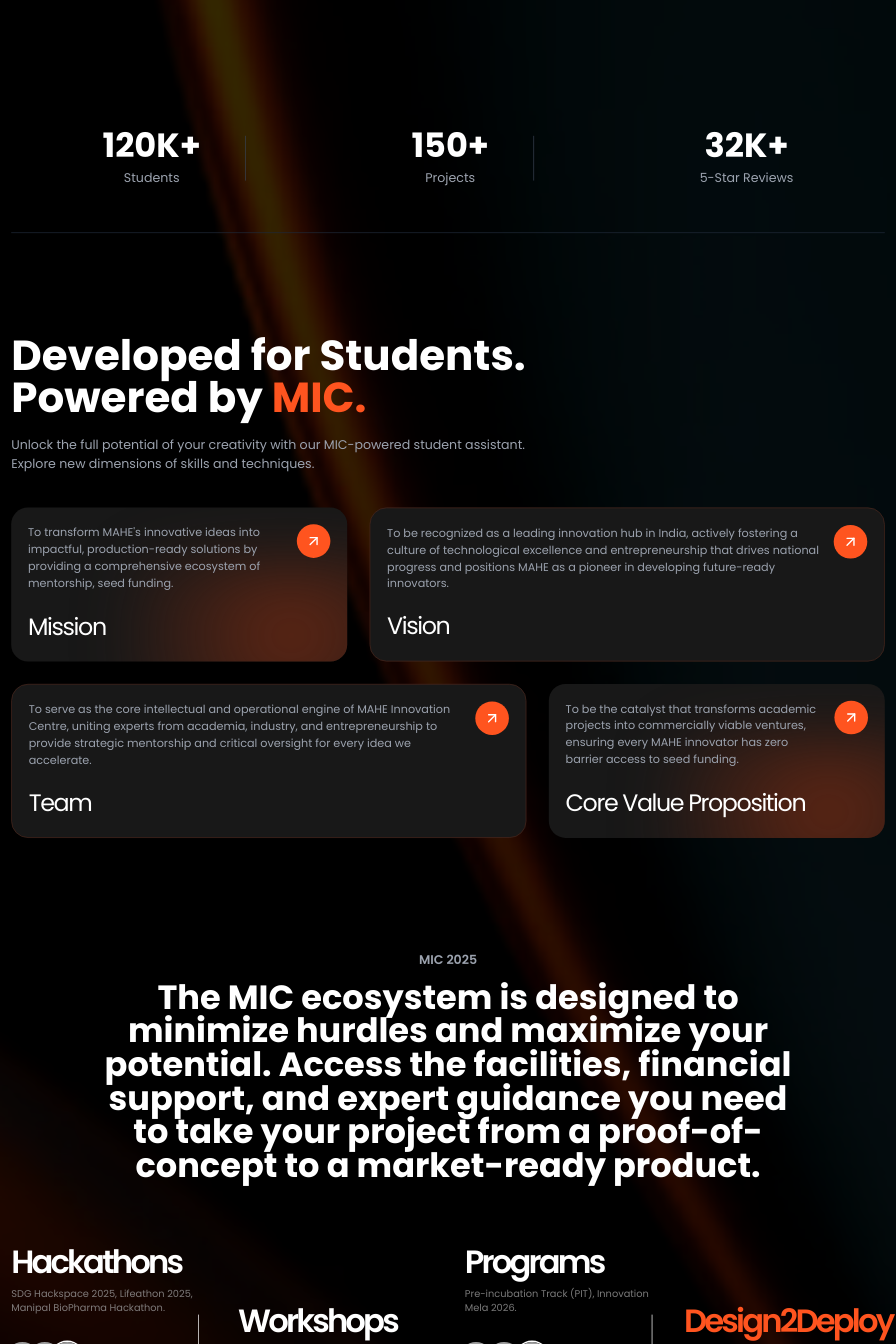
Repository: Sourish-19/Axiom
Page: /
An editor plug-in stored every save of this project. The page is shown before and after a run of saves, followed by the edit.
The browser window is 1280 px wide. The pictures show the part of the page from y = 560 to 2480 px (the page is 5731 px tall), at 70% of full size.
Pictures or frames that could not be fetched are drawn as grey boxes. Some web libraries are served in a nearby version. The project was rebuilt for these pictures with package versions that can differ from the ones it lists, and the page was loaded fresh each time. Also part of the build but not shown: vite.config.ts, components/Modal.tsx, components/ContactForm.tsx, components/EventRegistrationForm.tsx.

Above is the page before, as saved 2025-10-02 16:00:43.

### index.html
<!DOCTYPE html>
<html lang="en" class="scroll-smooth">
  <head>
    <meta charset="UTF-8" />
    <link rel="icon" type="image/svg+xml" href="/vite.svg" />
    <meta name="viewport" content="width=device-width, initial-scale=1.0" />
    <title>Axiom</title>
    <script src="https://cdn.tailwindcss.com"></script>
    <style>
      @import url('https://fonts.googleapis.com/css2?family=Poppins:wght@400;500;600;700;800;900&display=swap');
      body {
        font-family: 'Poppins', sans-serif;
      }
    </style>
  <script type="importmap">
{
  "imports": {
    "react/": "https://aistudiocdn.com/react@^19.1.1/",
    "react": "https://aistudiocdn.com/react@^19.1.1",
    "react-dom/": "https://aistudiocdn.com/react-dom@^19.1.1/"
  }
}
</script>
</head>
  <body>
    <div id="root"></div>
    <script type="module" src="/index.tsx"></script>
  </body>
</html>

### App.tsx

import React, { useState } from 'react';
import Header from './components/Header';
import Hero from './components/Hero';
import Stats from './components/Stats';
import DevelopedForStudents from './components/DevelopedForStudents';
import MICSystem from './components/MICSystem';
import Launchpad from './components/Launchpad';
import FAQ from './components/FAQ';
import CTA from './components/CTA';
import Footer from './components/Footer';
import Modal from './components/Modal';
import ContactForm from './components/ContactForm';
import EventRegistrationForm from './components/EventRegistrationForm';

function App() {
  const [isContactModalOpen, setIsContactModalOpen] = useState(false);
  const [isEventModalOpen, setIsEventModalOpen] = useState(false);

  return (
    <div className="bg-black text-white overflow-hidden relative">
      {/* Background elements */}
      <div className="absolute inset-0 z-0 opacity-20" style={{ backgroundImage: `url(${'/axiom_bg2.jpg'})`, backgroundSize: 'cover' }}></div>
      {/* <img src='/axiom_bg2.png' alt="background glow top" className="absolute -top-1/2 -right-1/4 w-full h-auto z-0 opacity-50 mix-blend-screen" />
      <img src="https://i.imgur.com/9v1M618.png" alt="background wave bottom" className="absolute -bottom-1/3 left-0 w-full h-auto z-0 opacity-40 mix-blend-screen" /> */}


      <div className="relative z-10">
        <Header onContactClick={() => setIsContactModalOpen(true)} />
        <main>
          <Hero onEventClick={() => setIsEventModalOpen(true)} />
          <Stats />
          <DevelopedForStudents />
          <MICSystem onEventClick={() => setIsEventModalOpen(true)} />
          <Launchpad onContactClick={() => setIsContactModalOpen(true)} />
          <FAQ />
          <CTA onContactClick={() => setIsContactModalOpen(true)} />
        </main>
        <Footer onContactClick={() => setIsContactModalOpen(true)}/>
      </div>

      {isContactModalOpen && (
        <Modal isOpen={isContactModalOpen} onClose={() => setIsContactModalOpen(false)}>
          <ContactForm />
        </Modal>
      )}

      {isEventModalOpen && (
        <Modal isOpen={isEventModalOpen} onClose={() => setIsEventModalOpen(false)}>
          <EventRegistrationForm />
        </Modal>
      )}
    </div>
  );
}

export default App;

### components/Header.tsx

import React, { useState, useEffect } from 'react';

const navLinks = [
  { name: 'Home', href: '#home' },
  { name: 'About MIC', href: '#about' },
  { name: 'Events', href: '#events' },
  { name: 'Resources', href: '#resources' },
  { name: 'FAQs', href: '#faqs' },
];

interface HeaderProps {
  onContactClick: () => void;
}

const Header: React.FC<HeaderProps> = ({ onContactClick }) => {
  const [activeLink, setActiveLink] = useState('home');
  const [isScrolled, setIsScrolled] = useState(false);

  useEffect(() => {
    const handleScroll = () => {
      const sections = ['home', 'about', 'events', 'resources', 'faqs', 'contact'];
      const scrollPosition = window.scrollY + 100;

      let currentSection = 'home';
      for (const sectionId of sections) {
        const section = document.getElementById(sectionId);
        if (section && section.offsetTop <= scrollPosition) {
          currentSection = sectionId;
        }
      }

      // Map contact to faqs for nav link highlighting
      // const navSection = currentSection === 'contact' ? 'faqs' : currentSection;
      setActiveLink(currentSection);

      setIsScrolled(window.scrollY > 10);
    };

    window.addEventListener('scroll', handleScroll);

    return () => {
      window.removeEventListener('scroll', handleScroll);
    };
  }, []);

  return (
    <header className={`fixed top-0 left-0 right-0 z-50 transition-all duration-300 ${isScrolled ? 'bg-black/80 backdrop-blur-md  ' : 'bg-transparent'} py-6 px-4 md:px-8 lg:px-16 xl:px-32`}>
      <div className="container mx-auto flex justify-between items-center">
        <div className="flex items-center">
          <img src="/axiom_logo.png" alt="Axiom Logo" className="h-8 w-[52px] w-auto" />
        </div>
        <nav className="hidden lg:flex items-center space-x-8">
          {navLinks.map((link) => (
            <a
              key={link.name}
              href={link.href}
              className={`relative text-base text-gray-300 hover:text-white transition-colors ${activeLink === link.href.substring(1) ? 'text-white' : ''}`}
            >
              {link.name}
              {activeLink === link.href.substring(1) && (
                <span className="absolute bottom-[-8px] left-0 w-full h-0.5 bg-[#FF541F] rounded-full"></span>
              )}
            </a>
          ))}
        </nav>
        <div className="flex items-center space-x-4">
          <button onClick={onContactClick} className="bg-gradient-to-r from-[#FF541F] to-[#FF8A65] text-white px-6 py-2 rounded-md font-semibold hover:opacity-90 transition-opacity">
            Contact us
          </button>
          <button className="lg:hidden text-white">
            <svg className="w-6 h-6" fill="none" stroke="currentColor" viewBox="0 0 24 24" xmlns="http://www.w3.org/2000/svg"><path strokeLinecap="round" strokeLinejoin="round" strokeWidth="2" d="M4 6h16M4 12h16m-7 6h7"></path></svg>
          </button>
        </div>
      </div>
    </header>
  );
};

export default Header;

### components/Hero.tsx
import React from 'react';
import { StarIcon } from './Icons';

interface HeroProps {
  onEventClick: () => void;
}

const Hero: React.FC<HeroProps> = ({ onEventClick }) => {
  return (
    <section
      id="home"
      className="py-20 md:py-32 px-4 relative"
    >
      <div className="container mx-auto text-center relative">
        <div className="flex justify-center items-center mb-6 bg-gray-900 bg-opacity-50 border border-gray-700 rounded-full px-4 py-2 w-fit mx-auto backdrop-blur-sm">
          <div className="flex -space-x-2 mr-3">
            <img className="inline-block h-8 w-8 rounded-full ring-2 ring-gray-800" src="https://picsum.photos/id/1027/50/50" alt="Peer 1" />
            <img className="inline-block h-8 w-8 rounded-full ring-2 ring-gray-800" src="https://picsum.photos/id/1011/50/50" alt="Peer 2" />
            <img className="inline-block h-8 w-8 rounded-full ring-2 ring-gray-800" src="https://picsum.photos/id/1012/50/50" alt="Peer 3" />
          </div>
          <div className="flex flex-col mr-3">
            <div className="flex">
                {[...Array(5)].map((_, i) => <StarIcon key={i} className="w-4 h-4" />)}
            </div>
            <span className="text-gray-300 text-xs mt-1">115+ happy peers</span>
          </div>
        </div>

        <h1 className="text-5xl md:text-7xl font-extrabold leading-tight">
          Automate <span className="text-[#FF541F]">Intelligence.</span>
          <br />
          Accelerate Growth.
        </h1>
        <p className="max-w-2xl mx-auto mt-6 text-lg text-gray-400">
          Our AI-powered SaaS platform empowers businesses to streamline operations, automate repetitive tasks, and make smarter, data-driven decisions—all from one intuitive dashboard.
        </p>
        <div className="mt-10 flex flex-col sm:flex-row justify-center items-center gap-4">
          <button onClick={onEventClick} className="bg-gradient-to-r from-[#FF541F] to-[#FF8A65] text-white px-8 py-3 rounded-md font-semibold text-lg hover:opacity-90 transition-opacity w-full sm:w-auto">
            Get Started
          </button>
          <a href="#" className="border border-gray-600 text-white px-8 py-3 rounded-md font-semibold text-lg hover:bg-gray-800 transition-colors w-full sm:w-auto">
            Get In Touch
          </a>
        </div>
      </div>
    </section>
  );
};

export default Hero;

### components/Stats.tsx

import React from 'react';

const stats = [
  { value: '120K+', label: 'Students' },
  { value: '150+', label: 'Projects' },
  { value: '32K+', label: '5-Star Reviews' },
];

const Stats = () => {
  return (
    <section className="py-16 px-4">
      <div className="container mx-auto">
        <div className="flex flex-col md:flex-row justify-around items-center text-center gap-10">
          {stats.map((stat, index) => (
            <div key={index} className="relative w-full md:w-auto">
              {index < stats.length - 1 && <div className="hidden md:block absolute top-1/2 right-0 transform -translate-y-1/2 h-16 w-px bg-gray-700 -mr-16"></div>}
              <p className="text-5xl font-bold text-white">{stat.value}</p>
              <p className="mt-2 text-lg text-gray-400">{stat.label}</p>
            </div>
          ))}
        </div>
        <div className="mt-16 border-t border-gray-800"></div>
      </div>
    </section>
  );
};

export default Stats;

### components/DevelopedForStudents.tsx
import React from 'react';
import { ArrowRightIcon } from './Icons';

interface CardProps {
  title: string;
  content: string;
  className?: string;
  hasGradient?: boolean;
}

const Card: React.FC<CardProps> = ({ title, content, className = '', hasGradient = false }) => {
  return (
    <div
      className={`bg-[#181818] h-[220px] rounded-3xl group relative overflow-hidden ${className}`}
    >
      {hasGradient && (
        <div aria-hidden="true" className="absolute z-1 top-1/3 left-1/3 size-full bg-[radial-gradient(circle,_#602614_0%,_transparent_100%)] blur-2xl"></div>
      )}

      <div className='absolute z-2 top-0 bottom-0 left-0 right-0 p-6 flex flex-col justify-between'>
        <div className="flex justify-between items-start">
          <p className="text-gray-400 text-base pr-4">{content}</p>
          <div className="bg-[#FF541F] p-3 rounded-full text-white group-hover:rotate-45 transition-transform duration-300 flex-shrink-0">
            <ArrowRightIcon className="w-6 h-6 transform -rotate-45" />
          </div>
        </div>

        <div>
          <h3 className="text-[34px] tracking-[-2px] font-thin">{title}</h3>
        </div>
      </div>
    </div>
  );
};


const DevelopedForStudents = () => {
  return (
    <section id="about" className="py-20 px-4">
      <div className="container mx-auto">
        <div className="max-w-3xl mb-12">
          <h2 className="text-5xl md:text-6xl font-bold leading-tight">
            Developed for Students.
            <br />
            Powered by <span className="text-[#FF541F]">MIC.</span>
          </h2>
          <p className="mt-6 text-lg text-gray-400">
            Unlock the full potential of your creativity with our MIC-powered student assistant. Explore new dimensions of skills and techniques.
          </p>
        </div>

        <div className="grid grid-cols-1 md:grid-cols-5 gap-8">
          <Card
            className="md:col-span-2"
            title="Mission"
            content="To transform MAHE's innovative ideas into impactful, production-ready solutions by providing a comprehensive ecosystem of mentorship, seed funding."
            hasGradient={true}
          />
          <Card
            className="md:col-span-3 border border-[#49271d]"
            title="Vision"
            content="To be recognized as a leading innovation hub in India, actively fostering a culture of technological excellence and entrepreneurship that drives national progress and positions MAHE as a pioneer in developing future-ready innovators."
          />
          <Card
            className="md:col-span-3 border border-[#49271d]"
            title="Team"
            content="To serve as the core intellectual and operational engine of MAHE Innovation Centre, uniting experts from academia, industry, and entrepreneurship to provide strategic mentorship and critical oversight for every idea we accelerate."
          />
          <Card
            className="md:col-span-2"
            title="Core Value Proposition"
            content="To be the catalyst that transforms academic projects into commercially viable ventures, ensuring every MAHE innovator has zero barrier access to seed funding."
            hasGradient={true}
          />
        </div>
      </div>
    </section>
  );
};

export default DevelopedForStudents;

### components/CTA.tsx

import React from 'react';
import { ArrowRightIcon } from './Icons';

interface CTAProps {
    onContactClick: () => void;
}

const CTA: React.FC<CTAProps> = ({ onContactClick }) => {
    return (
        <section id="contact" className="py-20 px-4 flex justify-center">
            <div className="relative overflow-hidden bg-[#181818] border border-white/10 rounded-3xl text-center w-[1120px] h-[374.78px] p-8 md:p-12">

                {/* Background Grid */}
                <div className="absolute inset-0 bg-[linear-gradient(to_right,#80808012_1px,transparent_1px),linear-gradient(to_bottom,#80808012_1px,transparent_1px)] bg-[2rem_2rem] opacity-50"></div>

                {/* Background Gradient */}
                <div className="absolute inset-0 bg-[radial-gradient(ellipse_at_top_center,_rgba(255,84,31,0.3),_transparent_50%)]"></div>

                <div className="relative z-10 flex flex-col items-center justify-center h-full">
                    <h2 className="text-4xl md:text-5xl font-bold">
                        Ready to work with us?
                    </h2>
                    <p className="text-lg text-gray-300 mt-6 max-w-3xl mx-auto">
                        Have an innovative idea, a partnership proposal, or a question about the MAHE Innovation Centre?
                        Reach out to us today—we're ready to connect and help accelerate your journey.
                    </p>
                    <div className="mt-10">
                        <button
                            onClick={onContactClick}
                            className="bg-[#FF541F] text-white px-8 py-4 rounded-md font-semibold text-lg hover:bg-opacity-90 transition-all inline-flex items-center gap-2"
                        >
                            Join Us <ArrowRightIcon className="w-5 h-5" />
                        </button>
                    </div>
                </div>
            </div>
        </section>
    );
};

export default CTA;

### components/Footer.tsx

import React from 'react';
import { GitHubIcon, GlobeIcon } from './Icons';

interface FooterProps {
    onContactClick: () => void;
}

const Footer: React.FC<FooterProps> = ({ onContactClick }) => {
  return (
    <footer className="py-16 px-4 md:px-8 lg:px-16 xl:px-32 border-t border-gray-800">
      <div className="container mx-auto">
        <div className="grid grid-cols-1 md:grid-cols-12 gap-12">
          {/* About Us */}
          <div className="md:col-span-5 lg:col-span-6">
             <img src="/axiom_logo.png" alt="Axiom Logo" className="h-10 w-auto mb-4" />
            <p className="text-gray-400 max-w-md">
                The MAHE Innovation Centre (MIC) is the dedicated hub for fostering and accelerating technological and entrepreneurial spirit within the Manipal Academy of Higher Education (MAHE) ecosystem.
            </p>
          </div>

          {/* Useful Links */}
          <div className="md:col-span-3 lg:col-span-3">
            <h4 className="text-lg font-semibold mb-4 text-white">Useful Links</h4>
            <ul className="space-y-3">
              <li><a href="#home" className="text-gray-400 hover:text-white transition-colors">Home</a></li>
              <li><a href="#about" className="text-gray-400 hover:text-white transition-colors">About MIC</a></li>
              <li><a href="#events" className="text-gray-400 hover:text-white transition-colors">Events / Resources</a></li>
              <li><button onClick={onContactClick} className="text-gray-400 hover:text-white transition-colors text-left">Contact</button></li>
            </ul>
          </div>

          {/* Connect With Us */}
          <div className="md:col-span-4 lg:col-span-3">
            <h4 className="text-lg font-semibold mb-4 text-white">Connect With Us</h4>
            <ul className="space-y-3 text-gray-400">
                <li>BSF Campus, Yelahanka,</li>
                <li>Govindapura, Bengaluru,</li>
                <li>Karnataka 560064</li>
                <li className="pt-2"><a href="tel:+1233242653" className="hover:text-white transition-colors">+123 324 2653</a></li>
                <li><a href="mailto:username@mail.com" className="hover:text-white transition-colors">username@mail.com</a></li>
            </ul>
          </div>
        </div>
        <div className="mt-16 border-t border-gray-800 pt-8 flex flex-col sm:flex-row justify-between items-center text-gray-500">
            <p>© 2025 All Right Reserved.</p>
            <div className="flex space-x-4 mt-4 sm:mt-0">
                <a href="#" className="w-10 h-10 flex items-center justify-center bg-gray-800 rounded-full hover:bg-[#FF541F] text-gray-400 hover:text-white transition-colors"><GitHubIcon className="w-5 h-5" /></a>
                <a href="#" className="w-10 h-10 flex items-center justify-center bg-gray-800 rounded-full hover:bg-[#FF541F] text-gray-400 hover:text-white transition-colors"><GlobeIcon className="w-5 h-5" /></a>
            </div>
        </div>
      </div>
    </footer>
  );
};

export default Footer;

### components/Icons.tsx

import React from 'react';

// FIX: Changed component signature to use React.FC to correctly handle React-specific props like 'key'.
export const StarIcon: React.FC<{ className?: string }> = ({ className }) => (
  <svg className={className} width="16" height="15" viewBox="0 0 16 15" fill="none" xmlns="http://www.w3.org/2000/svg">
    <path d="M8 0L9.79611 5.52786H15.6085L10.9062 8.94427L12.7023 14.4721L8 11.0557L3.29772 14.4721L5.09383 8.94427L0.391548 5.52786H6.20389L8 0Z" fill="#ff541f"/>
  </svg>
);

// FIX: Changed component signature to use React.FC to correctly handle React-specific props like 'key'.
export const ArrowRightIcon: React.FC<{ className?: string }> = ({ className }) => (
  <svg className={className} width="24" height="24" viewBox="0 0 24 24" fill="none" xmlns="http://www.w3.org/2000/svg">
    <path d="M5 12H19" stroke="currentColor" strokeWidth="2" strokeLinecap="round" strokeLinejoin="round"/>
    <path d="M12 5L19 12L12 19" stroke="currentColor" strokeWidth="2" strokeLinecap="round" strokeLinejoin="round"/>
  </svg>
);

// FIX: Changed component signature to use React.FC to correctly handle React-specific props like 'key'.
export const ChevronDownIcon: React.FC<{ className?: string }> = ({ className }) => (
  <svg className={className} width="24" height="24" viewBox="0 0 24 24" fill="none" xmlns="http://www.w3.org/2000/svg">
    <path d="M6 9L12 15L18 9" stroke="currentColor" strokeWidth="2" strokeLinecap="round" strokeLinejoin="round"/>
  </svg>
);

// FIX: Changed component signature to use React.FC to correctly handle React-specific props like 'key'.
export const CheckCircleIcon: React.FC<{ className?: string }> = ({ className }) => (
    <svg className={className} width="20" height="20" viewBox="0 0 20 20" fill="none" xmlns="http://www.w3.org/2000/svg">
        <path d="M10 18.3333C14.6024 18.3333 18.3333 14.6024 18.3333 10C18.3333 5.39763 14.6024 1.66666 10 1.66666C5.39763 1.66666 1.66666 5.39763 1.66666 10C1.66666 14.6024 5.39763 18.3333 10 18.3333Z" stroke="currentColor" strokeWidth="1.5" strokeLinecap="round" strokeLinejoin="round"/>
        <path d="M7.5 10L9.16667 11.6667L12.5 8.33334" stroke="currentColor" strokeWidth="1.5" strokeLinecap="round" strokeLinejoin="round"/>
    </svg>
);

export const GitHubIcon: React.FC<{ className?: string }> = ({ className }) => (
  <svg className={className} viewBox="0 0 24 24" fill="currentColor" xmlns="http://www.w3.org/2000/svg">
    <path fillRule="evenodd" clipRule="evenodd" d="M12 2C6.477 2 2 6.477 2 12c0 4.418 2.865 8.168 6.839 9.492.5.092.682-.217.682-.482 0-.237-.009-.868-.014-1.703-2.782.605-3.369-1.343-3.369-1.343-.454-1.158-1.11-1.466-1.11-1.466-.908-.62.069-.608.069-.608 1.003.07 1.531 1.032 1.531 1.032.892 1.53 2.341 1.088 2.91.832.092-.647.35-1.088.636-1.338-2.22-.253-4.555-1.113-4.555-4.951 0-1.093.39-1.988 1.032-2.688-.103-.253-.446-1.272.098-2.65 0 0 .84-.27 2.75 1.026A9.564 9.564 0 0112 6.82c.85.004 1.705.115 2.504.337 1.909-1.296 2.747-1.027 2.747-1.027.546 1.378.203 2.398.1 2.65.64.7 1.03 1.595 1.03 2.688 0 3.848-2.338 4.695-4.566 4.943.359.309.678.92.678 1.855 0 1.338-.012 2.419-.012 2.747 0 .268.18.578.688.482A10.001 10.001 0 0022 12c0-5.523-4.477-10-10-10z"/>
  </svg>
);

export const GlobeIcon: React.FC<{ className?: string }> = ({ className }) => (
    <svg className={className} fill="none" stroke="currentColor" viewBox="0 0 24 24" xmlns="http://www.w3.org/2000/svg">
        <path strokeLinecap="round" strokeLinejoin="round" strokeWidth="2" d="M3.055 11H5a2 2 0 012 2v1a2 2 0 002 2h10a2 2 0 002-2v-1a2 2 0 012-2h1.945M7.735 4.055A9 9 0 1016.265 19.945M12 18a6 6 0 100-12 6 6 0 000 12z"></path>
    </svg>
);

export const XIcon: React.FC<{ className?: string }> = ({ className }) => (
    <svg className={className} fill="none" stroke="currentColor" viewBox="0 0 24 24" xmlns="http://www.w3.org/2000/svg">
        <path strokeLinecap="round" strokeLinejoin="round" strokeWidth="2" d="M6 18L18 6M6 6l12 12"></path>
    </svg>
);

Loaded but not shown: index.tsx (common file); components/MICSystem.tsx (128 lines, source omitted); components/Launchpad.tsx (132 lines, source omitted); components/FAQ.tsx (103 lines, source omitted)

After the next 2 saves:
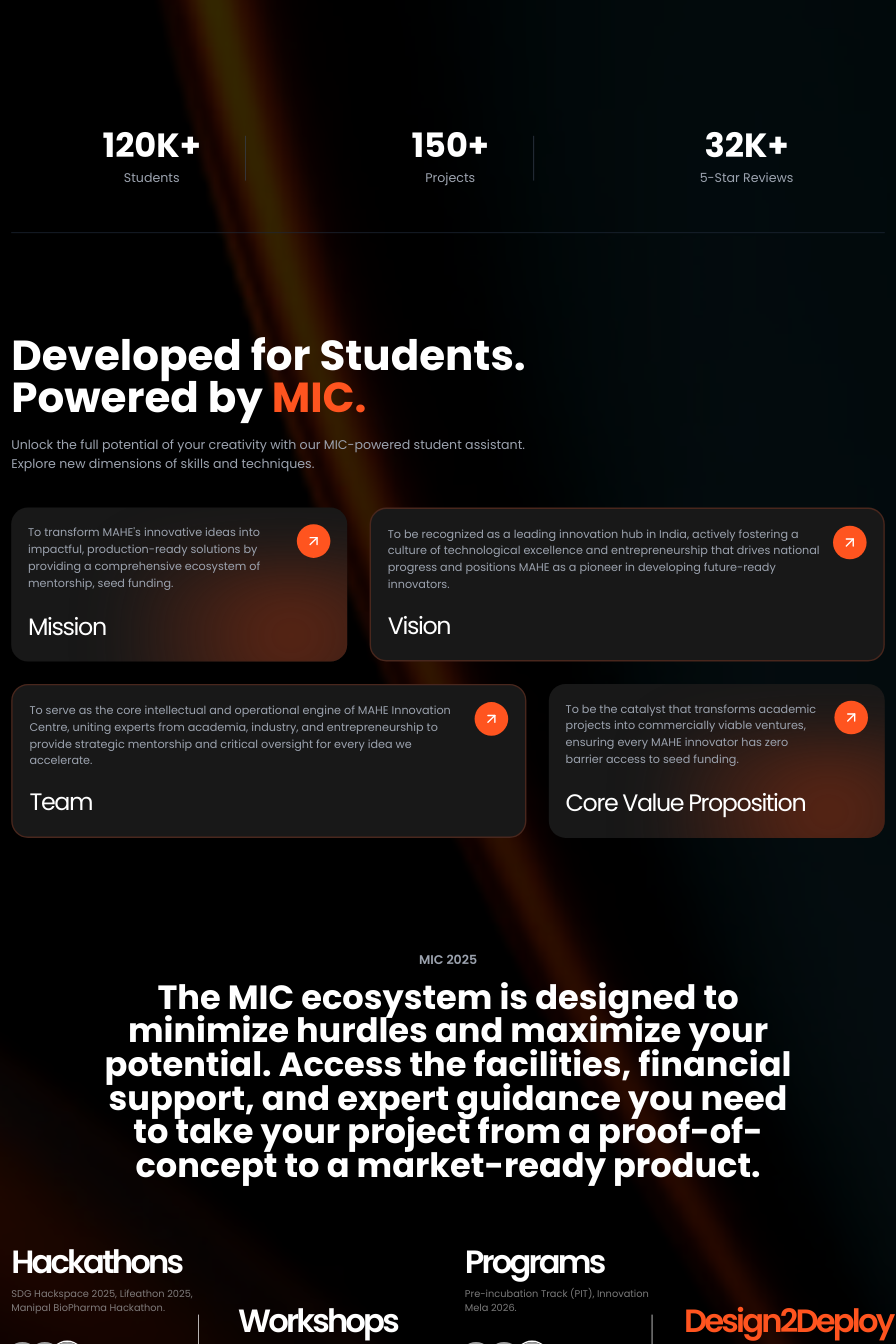
The 2 saves are shown as one change because they came seconds apart.
The last was saved 15 s later.
--- a/components/DevelopedForStudents.tsx
+++ b/components/DevelopedForStudents.tsx
@@ -57,12 +57,12 @@
             hasGradient={true}
           />
           <Card
-            className="md:col-span-3 border border-[#49271d]"
+            className="md:col-span-3 border-2 border-[#49271d]"
             title="Vision"
             content="To be recognized as a leading innovation hub in India, actively fostering a culture of technological excellence and entrepreneurship that drives national progress and positions MAHE as a pioneer in developing future-ready innovators."
           />
           <Card
-            className="md:col-span-3 border border-[#49271d]"
+            className="md:col-span-3 border-2 border-[#49271d]"
             title="Team"
             content="To serve as the core intellectual and operational engine of MAHE Innovation Centre, uniting experts from academia, industry, and entrepreneurship to provide strategic mentorship and critical oversight for every idea we accelerate."
           />
